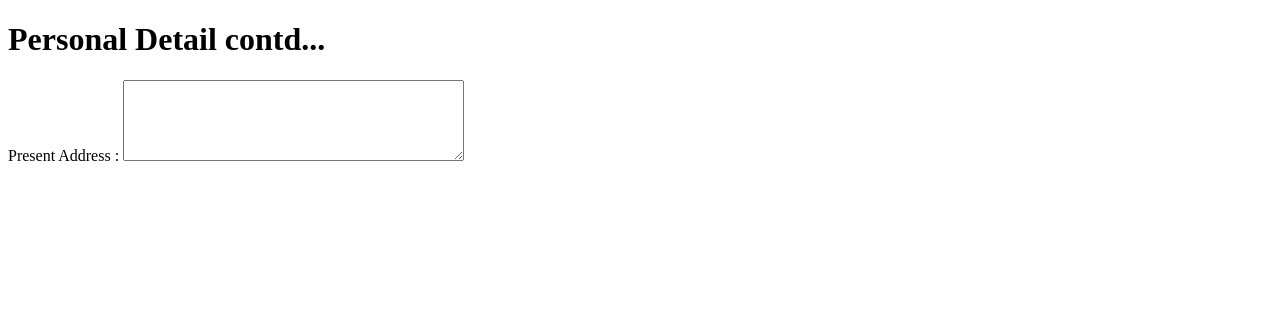
Repository: gotoharjeet/s2
Page: sessionDemo/src/main/webapp/two.html
The author's editor kept a copy of each file at every save. The page is drawn from the files as they stood at one save, then again after the next save.
The browser window is 1280 px wide. The pictures show the whole page.

Above is the page before, as saved 2022-05-26 16:14:34.

### sessionDemo/src/main/webapp/two.html
<!DOCTYPE html>
<html>
<head>
<meta charset="UTF-8">
<title>Second Page</title>
</head>
<body action="SecondServlet" method="post">
   <h1>Personal Detail contd...</h1>
   Present Address : <textarea name="address1" cols="40" rows="5"></textarea>

</body>
</html>

After the next save:
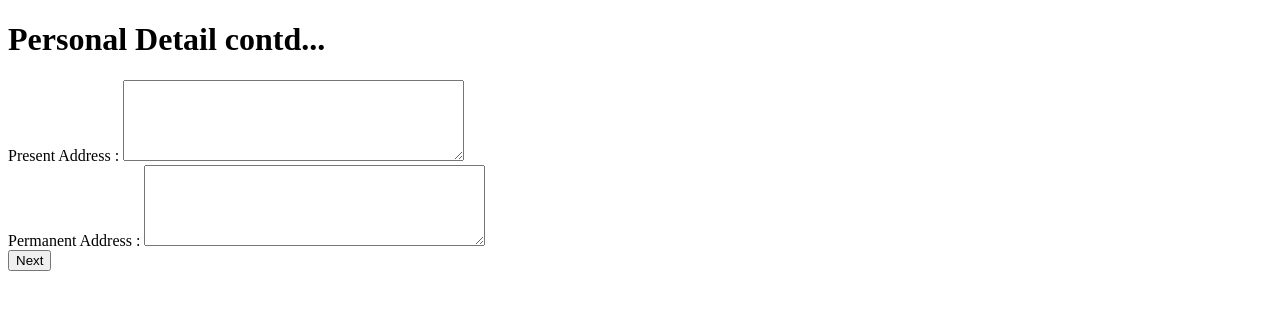
Saved 2 min 42 s later.
--- a/sessionDemo/src/main/webapp/two.html
+++ b/sessionDemo/src/main/webapp/two.html
@@ -6,7 +6,9 @@
 </head>
 <body action="SecondServlet" method="post">
    <h1>Personal Detail contd...</h1>
-   Present Address : <textarea name="address1" cols="40" rows="5"></textarea>
+   Present Address : <textarea name="address1" cols="40" rows="5"></textarea><br/>
+   Permanent Address : <textarea name="address2" cols="40" rows="5"></textarea><br/>
+   <input type="submit" value="Next">
 
 </body>
 </html>
